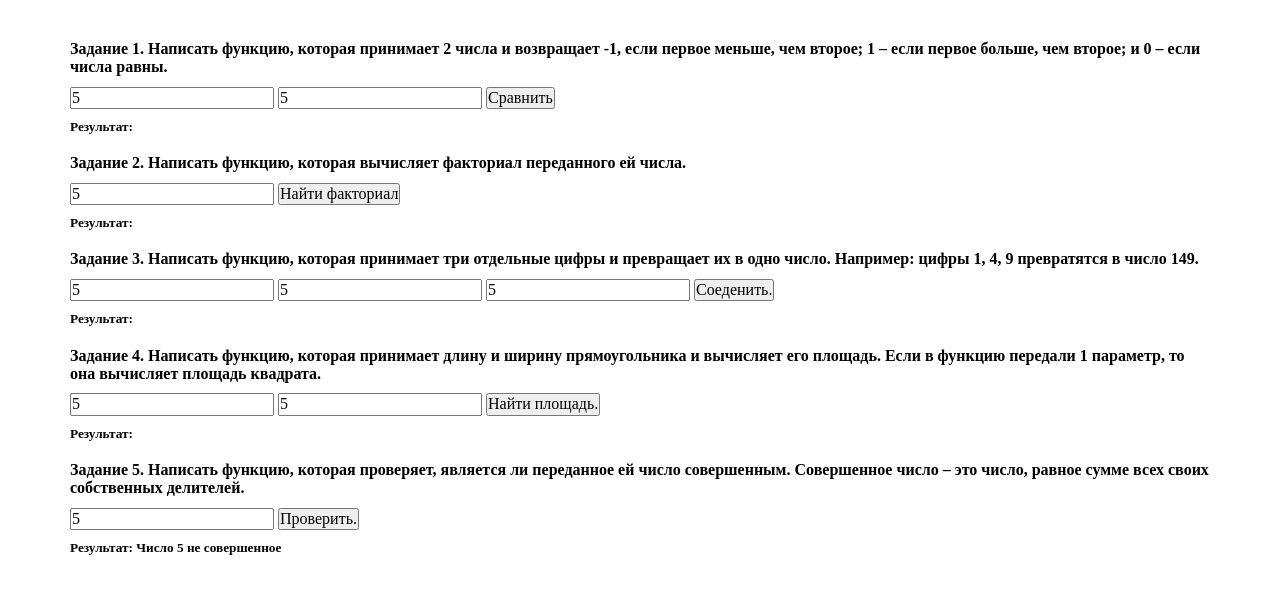
Repository: NastyaGavrilova/Beetroot-js
Page: HW3/index.html
The author's editor kept a copy of each file at every save. The page is drawn from the files as they stood at one save, then again after the next save.
The browser window is 1280 px wide. The pictures show the whole page.
Empty fields were first filled with sample values (such as "Sample", 5 or name@example.com).
After loading, the first visible `#js-task5-btn` was clicked once.

Above is the page before, as saved 2021-10-18 15:26:01.

After the next save:
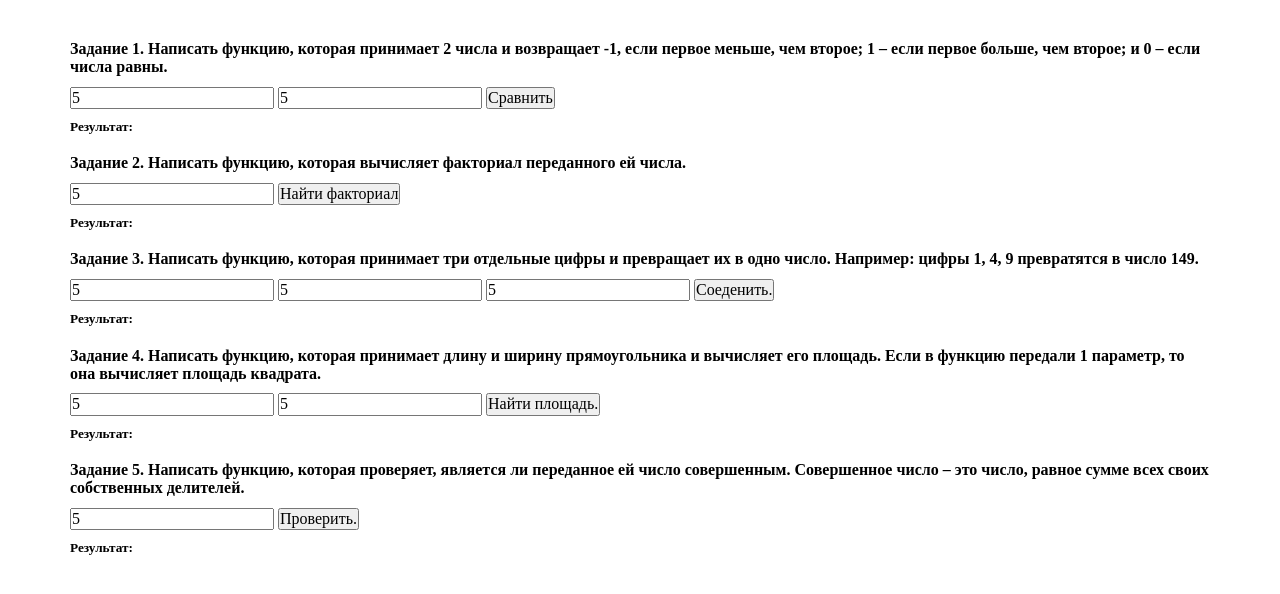
Saved 52 s later.
--- a/HW3/index.js
+++ b/HW3/index.js
@@ -82,7 +82,8 @@
   }
   if (temp === num && temp !== 0) {
     return (span5.innerHTML = `Число ${num} совершенное`);
-  } else {
-    return (span5.innerHTML = `Число ${num} не совершенное`);
   }
+  // else {
+  //   return (span5.innerHTML = `Число ${num} не совершенное`);
+  // }
 });

After the save that followed:
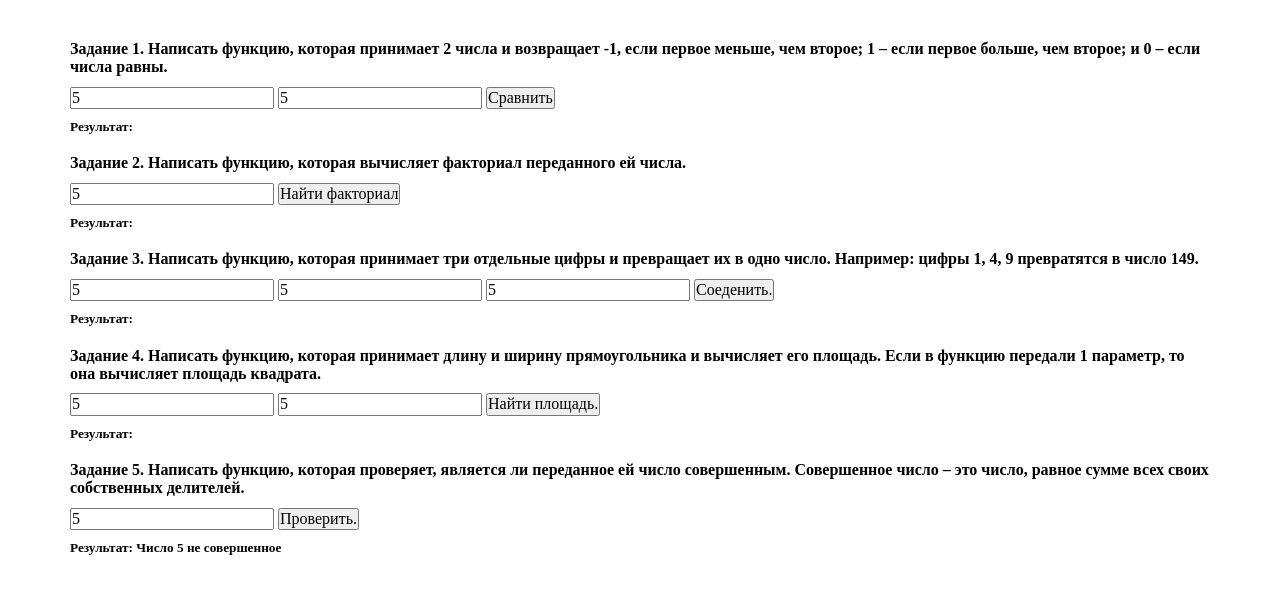
Saved 12 s later.
--- a/HW3/index.js
+++ b/HW3/index.js
@@ -82,8 +82,7 @@
   }
   if (temp === num && temp !== 0) {
     return (span5.innerHTML = `Число ${num} совершенное`);
+  } else {
+    return (span5.innerHTML = `Число ${num} не совершенное`);
   }
-  // else {
-  //   return (span5.innerHTML = `Число ${num} не совершенное`);
-  // }
 });
